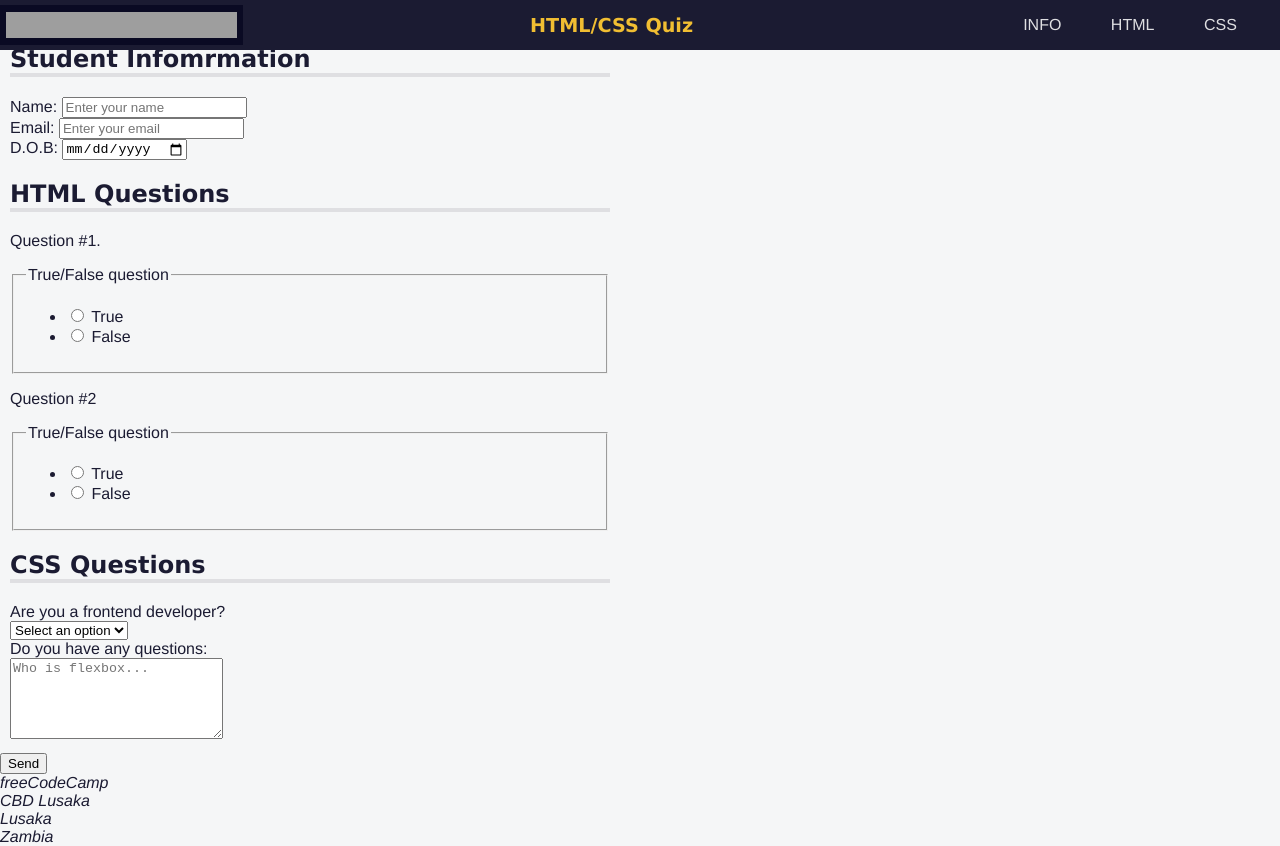
Repository: Lungdjos/accessibility_build_quiz
Page: index.html
These files come from the project's save history. The page is drawn as it stood at one moment and after the next save; the edit follows.
The browser window is 1280 px wide. The pictures show the whole page.
Pictures or frames that could not be fetched are drawn as grey boxes.

Above is the page before, as saved 2023-10-29 23:09:39.

### index.html
<!DOCTYPE html>
<html lang="en">

<head>
    <meta charset="UTF-8">
    <meta name="viewport" content="width=device-width, initial-scale=1.0">
    <meta name="description" content="Accessibility">
    <title>HTML/CSS Test Quiz</title>
    <link rel="stylesheet" href="styles.css">
</head>

<body>
    <header>
        <img src="https://cdn.freecodecamp.org/platform/universal/fcc_primary.svg" alt="" id="logo">
        <h1>HTML/CSS Quiz</h1>
        <nav>
            <ul>
                <li>
                    <a href="#student-info">info</a></li>
                <li>
                    <a href="#html-questions">html</a></li>
                <li>
                    <a href="#css-questions">css</a></li>
            </ul>
        </nav>
    </header>
    <main>
        <form action="https://freecodecamp.org/practice-project/accessibility-quiz" method="post">
            <section role="region" aria-labelledby="student-info">
                <h2 id="student-info">Student Infomrmation</h2>
                <div class="info">
                    <label for="student-name">
                        Name:
                    </label><input type="text" name="name" id="student-name" placeholder="Enter your name">
                </div>
                <div class="info">
                    <label for="student-email">
                        Email:
                    </label><input type="email" name="email" id="student-email" placeholder="Enter your email">
                </div>
                <div class="info">
                    <label for="birth-date">
                        D.O.B:<span class="sr-only">(Date of Birth)</span>
                    </label><input type="date" name="dob" id="birth-date">
                </div>
            </section>

            <section role="region" aria-labelledby="html-questions">
                <h2 id="html-questions">HTML Questions</h2>
                <div class="question-block">
                    <p>1.</p>
                    <fieldset name="first-question" class="question">
                        <legend>True/False question</legend>
                        <ul class="answers-list">
                            <li>
                                <label for="q1-a1">
                                    <input type="radio" value="true" name="q1-answ" id="q1-a1"> True
                                </label>
                            </li>
                            <li>
                                <label for="q1-a2">
                                    <input type="radio" value="false" name="q1-answ" id="q1-a2"> False
                                </label>
                            </li>
                        </ul>
                    </fieldset>
                </div>
                <div class="question-block">
                    <p>2</p>
                    <fieldset name="second-question" class="question">
                        <legend>True/False question</legend>
                        <ul class="answers-list">
                            <li>
                                <label for="q2-a1">
                                    <input type="radio" value="true" name="q2-answ" id="q2-a1"> True
                                </label>
                            </li>
                            <li>
                                <label for="q2-a2">
                                    <input type="radio" value="false" name="q2-answ" id="q2-a2"> False
                                </label>
                            </li>
                        </ul>
                    </fieldset>
                </div>
            </section>

            <section role="region" aria-labelledby="css-questions">
                <h2 id="css-questions">CSS Questions</h2>
                <div class="formrow">
                    <div class="question-block">
                        <label for="customer">Are you a frontend developer?</label>
                    </div>
                    <div class="answer">
                        <select name="customer" id="customer" required>
                            <option value="">Select an option</option>
                            <option value="yes">Yes</option>
                            <option value="no">No</option>
                        </select>
                    </div>

                    <div class="question-block">
                        <label for="css-questions">Do you have any questions:</label>
                    </div>
                    <div class="answer">
                        <textarea name="css-questions" id="css-questions" rows="5" cols="24" placeholder="Who is flexbox..."></textarea>
                    </div>
                </div>
            </section>
            <button type="submit">Send</button>
        </form>
    </main>
    <footer>
        <address>
            freeCodeCamp<br/>
            CBD Lusaka<br/>
            Lusaka<br/>
            Zambia
        </address>
    </footer>
</body>

</html>

### styles.css
body {
    background: #f5f6f7;
    color: #1b1b32;
    font-family: Helvetica;
    margin: 0;
}

header {
    width: 100%;
    height: 50px;
    background-color: #1b1b32;
    display: flex;
    justify-content: space-between;
    align-items: center;
    position: fixed;
    top: 0;
}

#logo {
    width: max(100px, 18vw);
    background-color: #0a0a23;
    aspect-ratio: 35 / 4;
    padding: 0.4rem;
}

h1 {
    color: #f1be32;
    font-size: min(5vw, 1.2em);
    text-align: center;
}

main {
    padding-top: 25px;
}

nav {
    width: 50%;
    max-width: 300px;
    height: 50px;
}

nav>ul {
    display: flex;
    justify-content: space-evenly;
    text-transform: uppercase;
    align-items: center;
    padding-inline-start: 0;
    margin-block: 0;
    height: 100%;
    flex-wrap: wrap;
}

h1,
h2 {
    font-family: Verdana, Tahoma;
}

h2 {
    border-bottom: 4px solid #dfdfe2;
}

.sr-only {
    position: absolute;
    width: 1px;
    height: 1px;
    padding: 0;
    margin: -1px;
    overflow: hidden;
    clip: rect(0, 0, 0, 0);
    white-space: nowrap;
    border: 0;
}

p::before {
    content: "Question #";
}

nav li {
    color: #dfdfe2;
    margin: 0 0.2rem;
    padding: 0.2rem;
    display: block;
}

li>a {
    color: inherit;
}

nav li>a {
    text-decoration: none;
}

nav li>a:hover {
    text-decoration: none;
    background-color: #dfdfe2;
    color: #1b1b32;
    cursor: pointer;
}

section {
    width: 80%;
    max-width: 600px;
    margin: 10px;
}

After the next save:
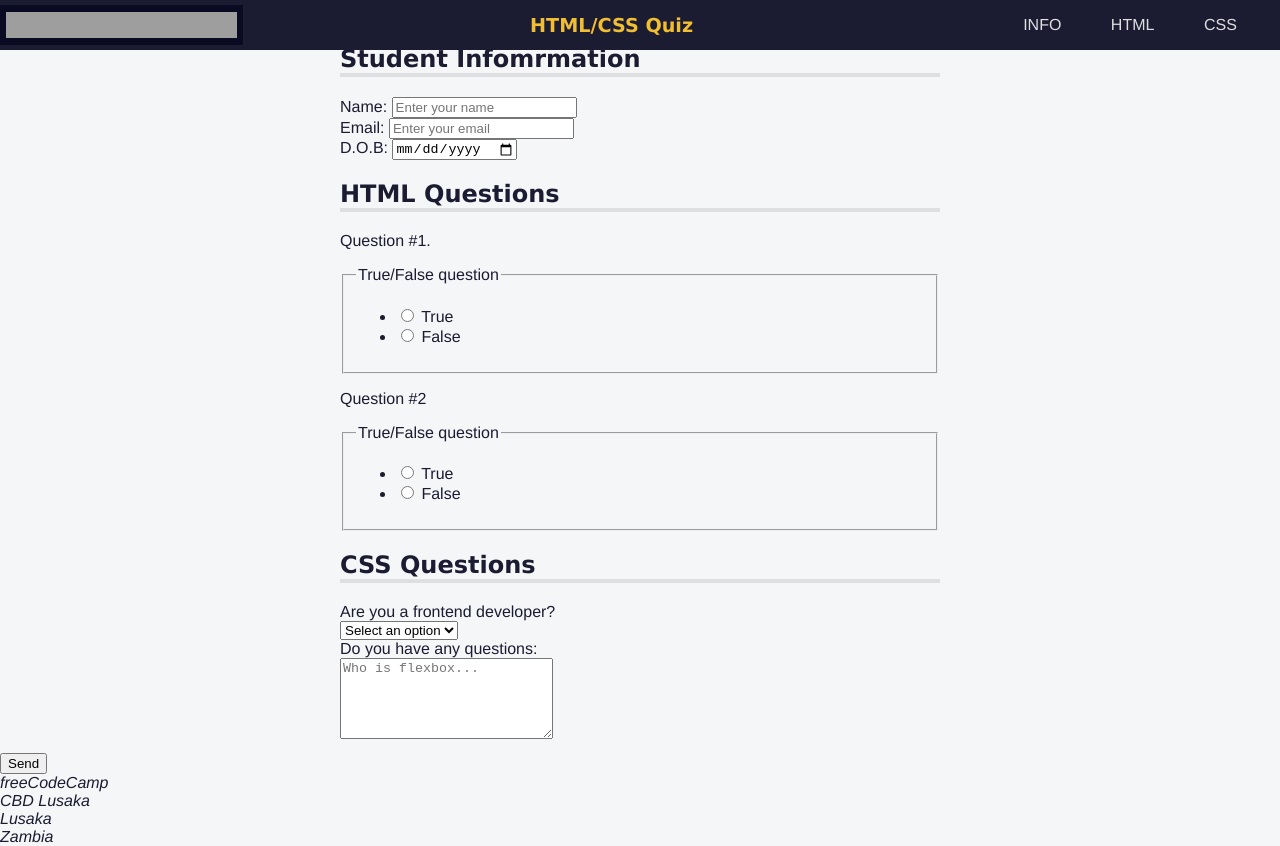
Saved 6 s later.
--- a/styles.css
+++ b/styles.css
@@ -100,5 +100,5 @@ nav li>a:hover {
 section {
     width: 80%;
     max-width: 600px;
-    margin: 10px;
+    margin: 0 auto 10px;
 }
